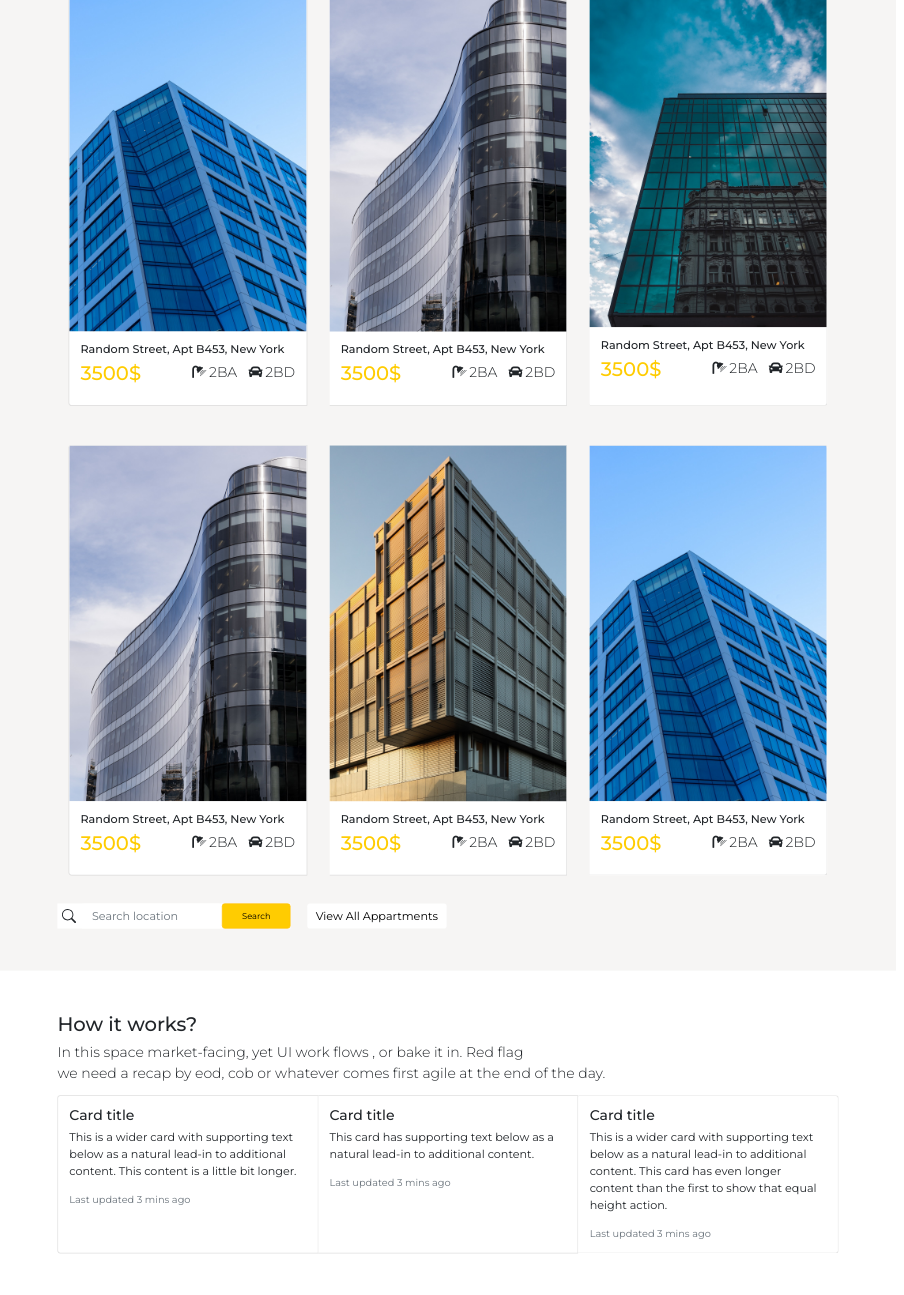
Repository: Toqa-25/luxstate
Page: index.html
The author's editor kept a copy of each file at every save. The page is drawn from the files as they stood at one save, then again after a run of saves.
The browser window is 1280 px wide. The page is 1292 px wide, so the pictures cover 1292 px, including what lies to the right of the window. The pictures show the part of the page from y = 1232 to 3112 px (the page is 3082 px tall before and 3112 px after), at 70% of full size.

Above is the page before, as saved 2021-06-09 06:02:26.

After the next 2 saves:
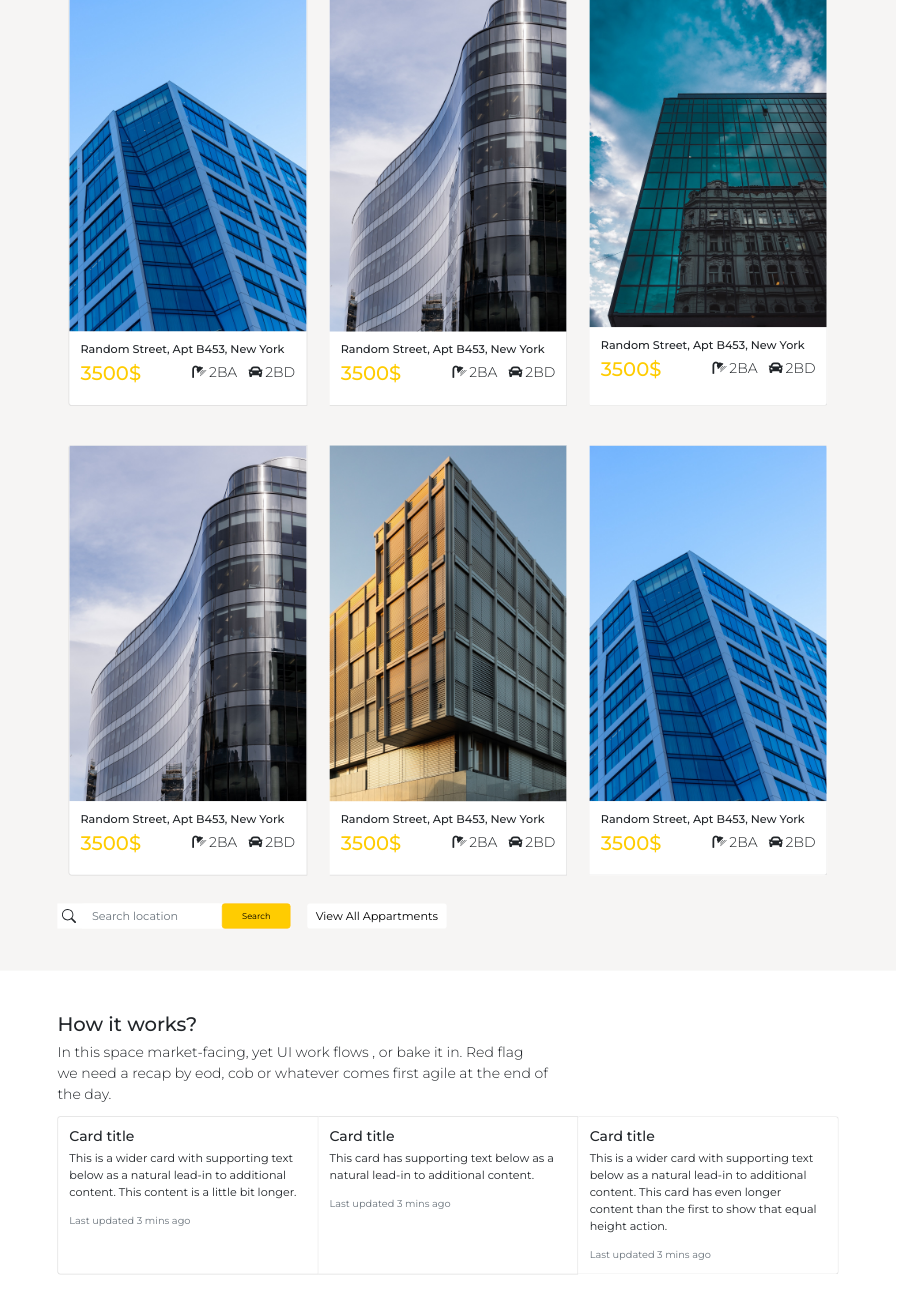
The 2 saves are shown as one change because they came seconds apart.
The last was saved 21 s later.
--- a/index.html
+++ b/index.html
@@ -242,7 +242,7 @@
         <div class="container">
           <h3>How it works?</h3>
           <p class="lead">
-            In this space market-facing, yet UI work flows , or bake it in. Red flag <br> we need a recap by eod, cob or whatever comes first agile at the end of the day.
+            In this space market-facing, yet UI work flows , or bake it in. Red flag <br> we need a recap by eod, cob or whatever comes first agile at the end of <br> the day.
           </p>
           <div class="card-group">
             <div class="card">
